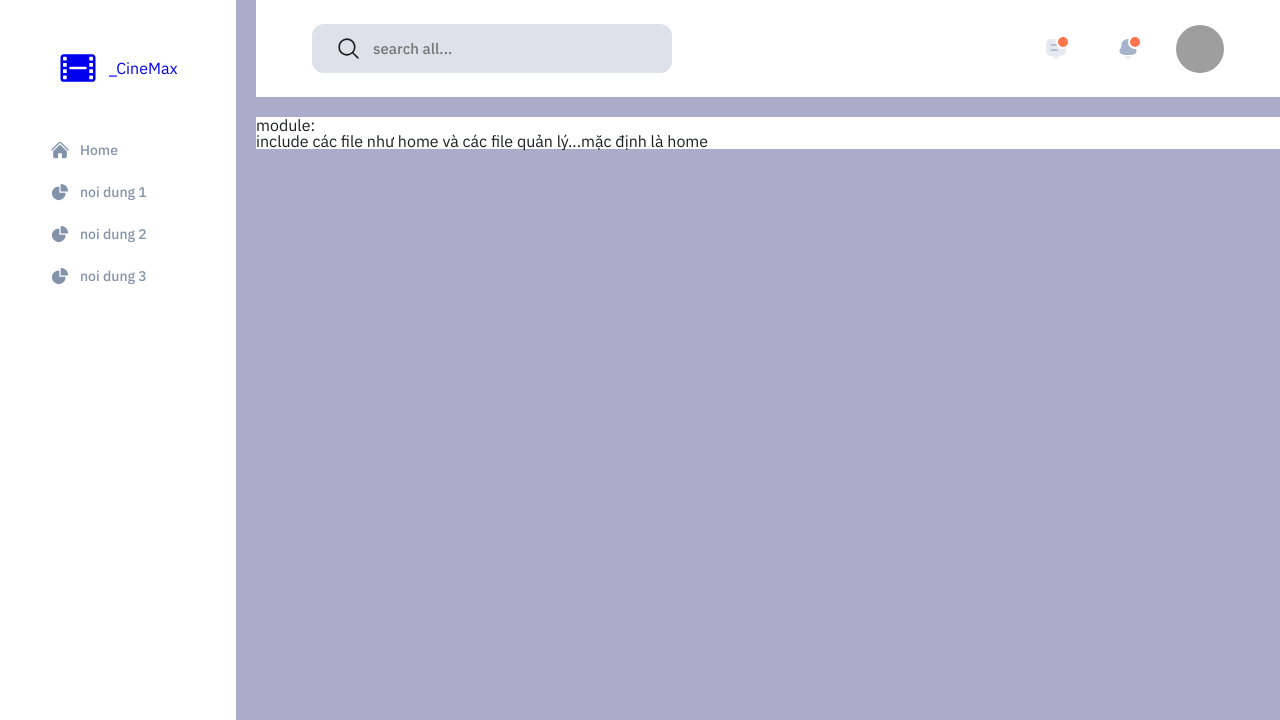
Repository: tdthinhtran961/DoAnCineMax
Page: http://localhost/admin/index.php
An editor plug-in stored every save of this project. The page is shown before and after the next save, followed by the edit.
The browser window is 1280 px wide. The pictures show the whole page.
Pictures or frames that could not be fetched are drawn as grey boxes. The page is run by PHP 8.4 with error messages shown; the project is at /var/www/html/.

Above is the page before, as saved 2023-05-25 23:52:14.

### admin/index.php
<!DOCTYPE html>
<html lang="en">
<head>
    <meta charset="UTF-8">
    <meta http-equiv="X-UA-Compatible" content="IE=edge">
    <meta name="viewport" content="width=device-width, initial-scale=1.0">
    <title>Admin CineMax</title>

    <link rel="stylesheet" href="./index.css">

    <link rel="preconnect" href="https://fonts.googleapis.com">
    <link rel="preconnect" href="https://fonts.gstatic.com" crossorigin>
    <link href="https://fonts.googleapis.com/css2?family=IBM+Plex+Sans:wght@400;500;600;700&display=swap" rel="stylesheet">
</head>
<body>
    <div class="wrapper">
        <?php include "./view/layout/sidebar.php" ?>
        <main class="main">
            <?php include "./view/layout/topbar.php" ?>
            <div class="main-container">
                <h1>module:</h1>
                include các file như home và các file quản lý...mặc định là home
            </div>
        </main>
    </div>
</body>
</html>

### admin/view/layout/sidebar.php
<aside class="sidebar">
    <a href="#" class="logo">
        <svg xmlns="http://www.w3.org/2000/svg" viewBox="0 0 24 24" fill="currentColor" class="w-6 h-6 logo-icon">
            <path fill-rule="evenodd" d="M1.5 5.625c0-1.036.84-1.875 1.875-1.875h17.25c1.035 0 1.875.84 1.875 1.875v12.75c0 1.035-.84 1.875-1.875 1.875H3.375A1.875 1.875 0 011.5 18.375V5.625zm1.5 0v1.5c0 .207.168.375.375.375h1.5a.375.375 0 00.375-.375v-1.5a.375.375 0 00-.375-.375h-1.5A.375.375 0 003 5.625zm16.125-.375a.375.375 0 00-.375.375v1.5c0 .207.168.375.375.375h1.5A.375.375 0 0021 7.125v-1.5a.375.375 0 00-.375-.375h-1.5zM21 9.375A.375.375 0 0020.625 9h-1.5a.375.375 0 00-.375.375v1.5c0 .207.168.375.375.375h1.5a.375.375 0 00.375-.375v-1.5zm0 3.75a.375.375 0 00-.375-.375h-1.5a.375.375 0 00-.375.375v1.5c0 .207.168.375.375.375h1.5a.375.375 0 00.375-.375v-1.5zm0 3.75a.375.375 0 00-.375-.375h-1.5a.375.375 0 00-.375.375v1.5c0 .207.168.375.375.375h1.5a.375.375 0 00.375-.375v-1.5zM4.875 18.75a.375.375 0 00.375-.375v-1.5a.375.375 0 00-.375-.375h-1.5a.375.375 0 00-.375.375v1.5c0 .207.168.375.375.375h1.5zM3.375 15h1.5a.375.375 0 00.375-.375v-1.5a.375.375 0 00-.375-.375h-1.5a.375.375 0 00-.375.375v1.5c0 .207.168.375.375.375zm0-3.75h1.5a.375.375 0 00.375-.375v-1.5A.375.375 0 004.875 9h-1.5A.375.375 0 003 9.375v1.5c0 .207.168.375.375.375zm4.125 0a.75.75 0 000 1.5h9a.75.75 0 000-1.5h-9z" clip-rule="evenodd" />
        </svg>
        _CineMax
    </a>
    <ul class="menu">
        <li class="menu-item">
            <a href="#" class="menu-link">
                <svg xmlns="http://www.w3.org/2000/svg" viewBox="0 0 24 24" fill="currentColor" class="w-6 h-6 menu-icon">
                    <path d="M11.47 3.84a.75.75 0 011.06 0l8.69 8.69a.75.75 0 101.06-1.06l-8.689-8.69a2.25 2.25 0 00-3.182 0l-8.69 8.69a.75.75 0 001.061 1.06l8.69-8.69z" />
                    <path d="M12 5.432l8.159 8.159c.03.03.06.058.091.086v6.198c0 1.035-.84 1.875-1.875 1.875H15a.75.75 0 01-.75-.75v-4.5a.75.75 0 00-.75-.75h-3a.75.75 0 00-.75.75V21a.75.75 0 01-.75.75H5.625a1.875 1.875 0 01-1.875-1.875v-6.198a2.29 2.29 0 00.091-.086L12 5.43z" />
                </svg>
                <span class="menu-text">Home</span>
            </a>
        </li>
        <li class="menu-item">
            <a href="#" class="menu-link">
            <svg xmlns="http://www.w3.org/2000/svg" viewBox="0 0 24 24" fill="currentColor" class="w-6 h-6 menu-icon">
                <path fill-rule="evenodd" d="M2.25 13.5a8.25 8.25 0 018.25-8.25.75.75 0 01.75.75v6.75H18a.75.75 0 01.75.75 8.25 8.25 0 01-16.5 0z" clip-rule="evenodd" />
                <path fill-rule="evenodd" d="M12.75 3a.75.75 0 01.75-.75 8.25 8.25 0 018.25 8.25.75.75 0 01-.75.75h-7.5a.75.75 0 01-.75-.75V3z" clip-rule="evenodd" />
            </svg>
                <span class="menu-text">noi dung 1</span>
            </a>
        </li>
        <li class="menu-item">
            <a href="#" class="menu-link">
                <svg xmlns="http://www.w3.org/2000/svg" viewBox="0 0 24 24" fill="currentColor" class="w-6 h-6 menu-icon">
                    <path fill-rule="evenodd" d="M2.25 13.5a8.25 8.25 0 018.25-8.25.75.75 0 01.75.75v6.75H18a.75.75 0 01.75.75 8.25 8.25 0 01-16.5 0z" clip-rule="evenodd" />
                    <path fill-rule="evenodd" d="M12.75 3a.75.75 0 01.75-.75 8.25 8.25 0 018.25 8.25.75.75 0 01-.75.75h-7.5a.75.75 0 01-.75-.75V3z" clip-rule="evenodd" />
                </svg>
                <span class="menu-text">noi dung 2</span>
            </a>
        </li>
        <li class="menu-item">
            <a href="#" class="menu-link">
            <svg xmlns="http://www.w3.org/2000/svg" viewBox="0 0 24 24" fill="currentColor" class="w-6 h-6 menu-icon">
                <path fill-rule="evenodd" d="M2.25 13.5a8.25 8.25 0 018.25-8.25.75.75 0 01.75.75v6.75H18a.75.75 0 01.75.75 8.25 8.25 0 01-16.5 0z" clip-rule="evenodd" />
                <path fill-rule="evenodd" d="M12.75 3a.75.75 0 01.75-.75 8.25 8.25 0 018.25 8.25.75.75 0 01-.75.75h-7.5a.75.75 0 01-.75-.75V3z" clip-rule="evenodd" />
            </svg>
                <span class="menu-text">noi dung 3</span>
            </a>
        </li>
    </ul>
</aside>

### admin/view/layout/topbar.php
<div class="topbar">
    <div class="search">
        <svg xmlns="http://www.w3.org/2000/svg" viewBox="0 0 24 24" fill="currentColor" class="w-6 h-6 search-icon">
            <path fill-rule="evenodd" d="M10.5 3.75a6.75 6.75 0 100 13.5 6.75 6.75 0 000-13.5zM2.25 10.5a8.25 8.25 0 1114.59 5.28l4.69 4.69a.75.75 0 11-1.06 1.06l-4.69-4.69A8.25 8.25 0 012.25 10.5z" clip-rule="evenodd" />
        </svg>
        <input type="text" class="search-input" placeholder="search all...">
    </div>
    <div class="topbar-right">
        <svg class="icon-message topbar-action" width="48" height="48" viewBox="0 0 48 48" fill="none" xmlns="http://www.w3.org/2000/svg">
            <path d="M14 24.97V18.99C14 16.23 16.24 14 19 14H29C31.76 14 34 16.23 34 18.99V25.97C34 28.72 31.76 30.95 29 30.95H27.5C27.19 30.95 26.89 31.1 26.7 31.35L25.2 33.34C24.54 34.22 23.46 34.22 22.8 33.34L21.3 31.35C21.14 31.13 20.78 30.95 20.5 30.95H19C16.24 30.95 14 28.72 14 25.97V24.97Z" fill="#E5EAF1"/>
            <path d="M29 20.75H19C18.59 20.75 18.25 20.41 18.25 20C18.25 19.59 18.59 19.25 19 19.25H29C29.41 19.25 29.75 19.59 29.75 20C29.75 20.41 29.41 20.75 29 20.75Z" fill="#A5B4CB"/>
            <path d="M25 25.75H19C18.59 25.75 18.25 25.41 18.25 25C18.25 24.59 18.59 24.25 19 24.25H25C25.41 24.25 25.75 24.59 25.75 25C25.75 25.41 25.41 25.75 25 25.75Z" fill="#A5B4CB"/>
            <rect x="25" y="11" width="12" height="12" rx="6" fill="#FF754C"/>
            <rect x="25" y="11" width="12" height="12" rx="6" stroke="white" stroke-width="2"/>
        </svg>
        <svg class="icon-noti topbar-action" width="48" height="48" viewBox="0 0 48 48" fill="none" xmlns="http://www.w3.org/2000/svg">
            <path d="M31.7695 23.6453C31.039 22.7923 30.7071 22.0531 30.7071 20.7972V20.3701C30.7071 18.7335 30.3304 17.6791 29.5115 16.6246C28.2493 14.987 26.1244 14 24.0442 14H23.9558C21.9194 14 19.8611 14.9417 18.577 16.5128C17.7133 17.5884 17.2929 18.6882 17.2929 20.3701V20.7972C17.2929 22.0531 16.9828 22.7923 16.2305 23.6453C15.6769 24.2738 15.5 25.0815 15.5 25.9557C15.5 26.8309 15.7872 27.6598 16.3637 28.3336C17.116 29.1413 18.1785 29.6569 19.2638 29.7466C20.835 29.9258 22.4063 29.9933 24.0005 29.9933C25.5937 29.9933 27.165 29.8805 28.7372 29.7466C29.8215 29.6569 30.884 29.1413 31.6363 28.3336C32.2118 27.6598 32.5 26.8309 32.5 25.9557C32.5 25.0815 32.3231 24.2738 31.7695 23.6453Z" fill="#A5B4CB"/>
            <path d="M26.0087 31.2283C25.5088 31.1215 22.4626 31.1215 21.9627 31.2283C21.5353 31.327 21.0732 31.5566 21.0732 32.0602C21.098 32.5406 21.3793 32.9646 21.7689 33.2335L21.7679 33.2345C22.2718 33.6273 22.8631 33.877 23.4823 33.9667C23.8123 34.012 24.1482 34.01 24.4901 33.9667C25.1083 33.877 25.6996 33.6273 26.2035 33.2345L26.2025 33.2335C26.5921 32.9646 26.8734 32.5406 26.8982 32.0602C26.8982 31.5566 26.4361 31.327 26.0087 31.2283Z" fill="#E5EAF1"/>
            <rect x="25" y="11" width="12" height="12" rx="6" fill="#FF754C"/>
            <rect x="25" y="11" width="12" height="12" rx="6" stroke="white" stroke-width="2"/>
        </svg>
        <div class="profile">
            <img class="" src="https://images.unsplash.com/photo-1600486913747-55e5470d6f40?ixlib=rb-4.0.3&ixid=M3wxMjA3fDB8MHxzZWFyY2h8MTd8fG1hbnxlbnwwfHwwfHx8MA%3D%3D&auto=format&fit=crop&w=800&q=60" alt="">
        </div>
    </div>
</div>

### admin/index.css
/* start css reset */
*,
*:before,
*:after {
  box-sizing: border-box;
}
* {
  margin: 0;
  padding: 0;
  font: inherit;
}
img,
picture,
svg,
video {
  display: block;
  max-width: 100%;
}
input,
select,
textarea {
  background-color: transparent;
  outline: none;
}
button {
  cursor: pointer;
  background-color: transparent;
  outline: none;
  border: 0;
}
body {
  min-height: 100vh;
  font-weight: 400;
  font-size: 16px;
  line-height: 1;
}
a {
  text-decoration: none;
}
ul, ol {
  list-style-type: none;
}
/* end css reset */
body {
  font-family: "IBM Plex Sans", sans-serif;
  color: hsl(220, 10%, 12%);
  text-rendering: optimizeLegibility;
  -webkit-font-smoothing: antialiased;
  -moz-osx-font-smoothing: grayscale;
}
.wrapper {
  max-width: 1440px;
  margin: 0 auto;
  background-color: #aaacc9;
  display: grid;
  grid-template-columns: 256px minmax(0, 1fr);
  min-height: 100vh;
}

/* start sidebar */
.sidebar {
  background-color: white;
  padding: 48px 30px;
  margin-right: 20px;
}
.logo {
  display: flex;
  align-items: center;
  justify-content: center;
  gap: 10px;
  margin-bottom: 44px;
}
.logo-icon {
  width: 40px;
  height: 40px;
}
.menu {
  display: flex;
  flex-direction: column;
  gap: 6px;
}
.menu-icon {
  width: 20px;
  height: 20px;
}
.menu-link {
  display: flex;
  align-items: center;
  gap: 10px;
  color: hsl(215, 19%, 59%);
  font-size: 14px;
  line-height: 143%;
  font-weight: 500;
  padding: 8px 30px 8px 20px;
  border-radius: 12px;
}
.menu-link:hover {
  background: linear-gradient(92.29deg, #415EF4 0.33%, #7141EF 28.14%);
  color: white;
}
/* end css sidebar */
/* start css topbar */
.topbar {
  padding: 24px 56px;
  background-color: white;
  display:flex;
  justify-content: space-between;
  align-items: center;
  margin-bottom: 20px;
}
.search {
  padding: 12px 24px;
  border-radius: 12px;
  display: flex;
  align-items: center;
  gap: 12px;
  background-color: hsl(217, 24%, 89%);
  flex: 0 1 360px;
}
.search-icon {
  width: 25px;
  height: 25px;
}
.search-input {
  background-color: transparent;
  border: none;
  font-weight: 500;
  font-size: 15px;
  color: hsl(248, 57%, 60%);
  caret-color: hsl(248, 57%, 60%);
  flex: 1;
}
.topbar-right {
  display: flex;
  align-items: center;
  gap: 24px;
  flex-shrink: 0;
}
.topbar-action{
  flex-shrink: 0;
}
.profile {
  width: 48px;
  height: 48px;
  flex-shrink: 0;
}
.profile img {
  border-radius: 100rem;
  width: 100%;
  height: 100%;
  object-fit: cover;
  flex-shrink: 0;
}
/* end css topbar */
/* star css main-container */
.main-container {
  background-color: white;
}

After the next save:
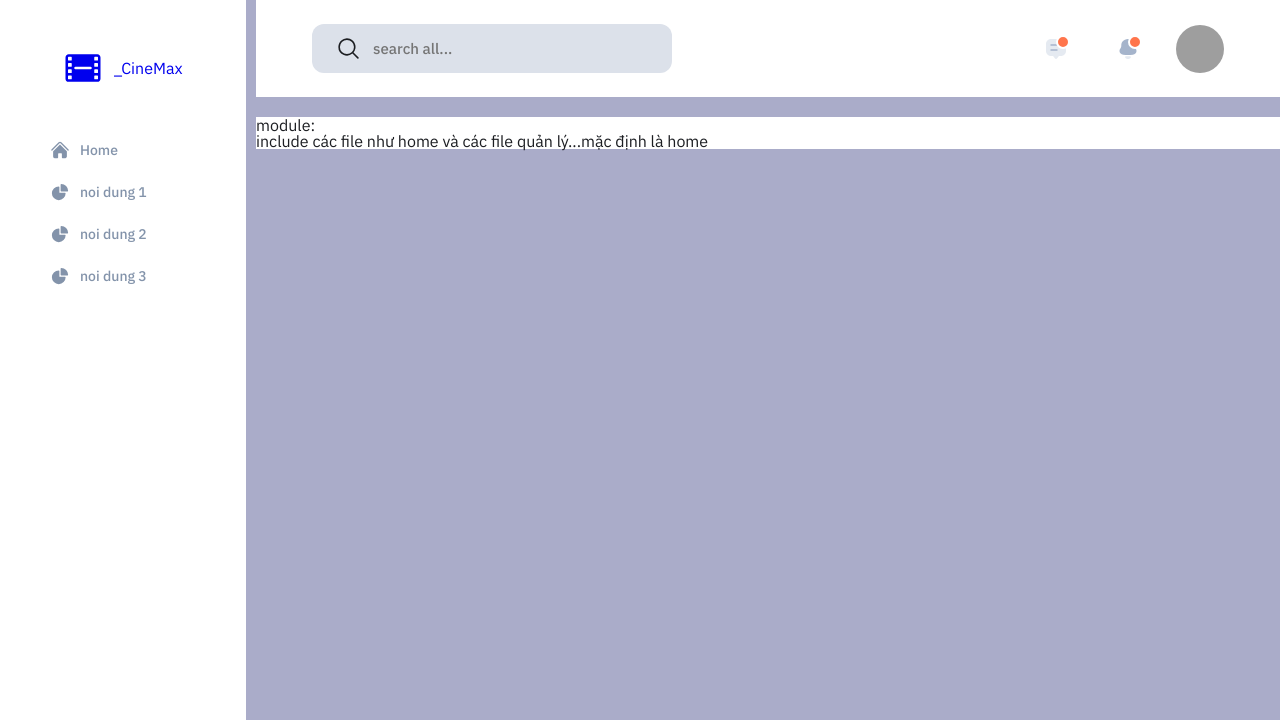
Saved 9 s later.
--- a/admin/index.css
+++ b/admin/index.css
@@ -61,7 +61,7 @@ body {
 .sidebar {
   background-color: white;
   padding: 48px 30px;
-  margin-right: 20px;
+  margin-right: 10px;
 }
 .logo {
   display: flex;
